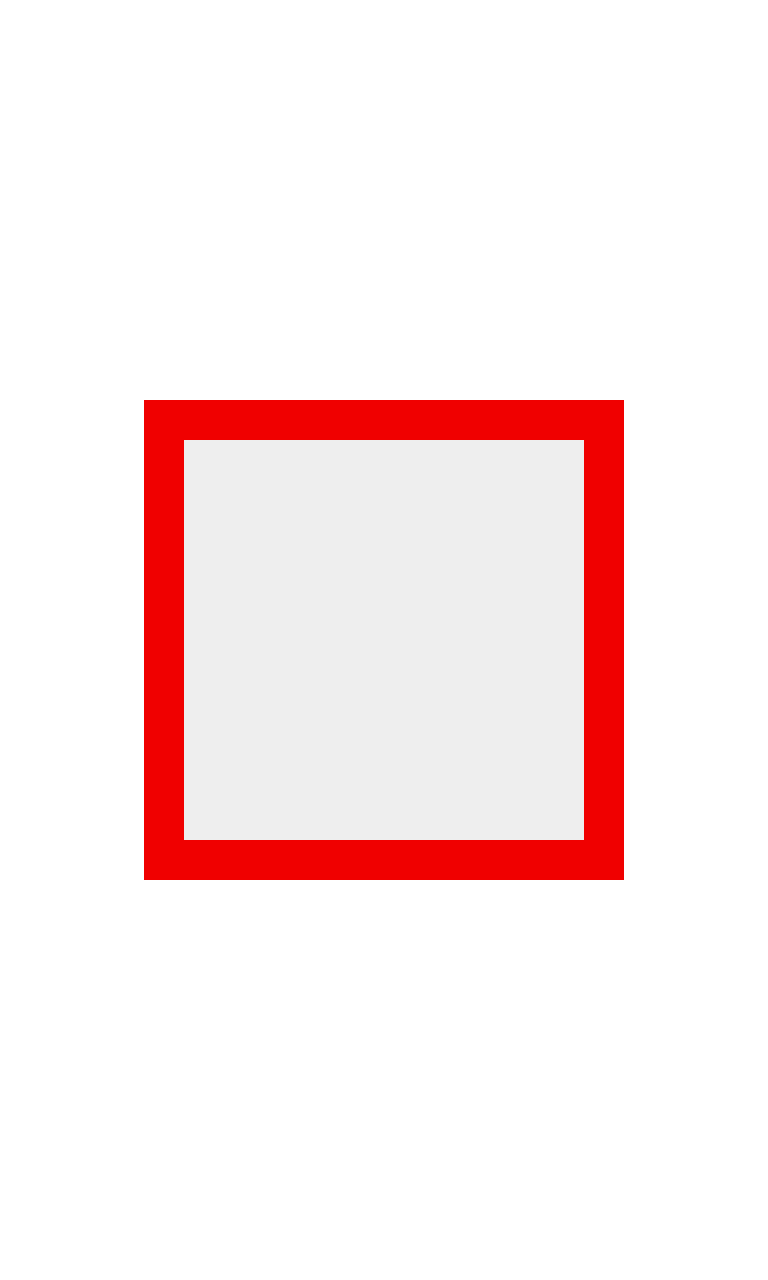
Repository: qwer2714856/Android_learn
Layout: frameLayout/res/layout/activity_main.xml
The author's editor kept a copy of each file at every save. The layout is drawn from the files as they stood at one save, then again after the next save.
It is drawn on a 768 x 1280 px phone screen (xhdpi) without system bars, with theme AppTheme; the app's code is not run.

Above is the layout before, as saved 2015-09-30 06:11:42.

### frameLayout/res/layout/activity_main.xml
<FrameLayout xmlns:android="http://schemas.android.com/apk/res/android"
    xmlns:tools="http://schemas.android.com/tools"
    android:layout_width="match_parent"
    android:layout_height="match_parent"
    tools:context="com.theadventus.framelayout.MainActivity" >

    <TextView
        android:layout_width="240dp"
        android:layout_height="240dp"
        android:background="#f00000"
        android:layout_gravity="center"
        />
    <TextView
        android:layout_width="200dp"
        android:layout_height="200dp"
        android:background="#cccccc"
        android:layout_gravity="center"
        />
    <TextView
        android:layout_width="200dp"
        android:layout_height="200dp"
        android:background="#eeeeee"
        android:layout_gravity="center"
        />

</FrameLayout>

Loaded but not shown: frameLayout/res/values/styles.xml (common file); frameLayout/res/values-v11/styles.xml (common file); frameLayout/res/values-v14/styles.xml (common file)

After the next save:
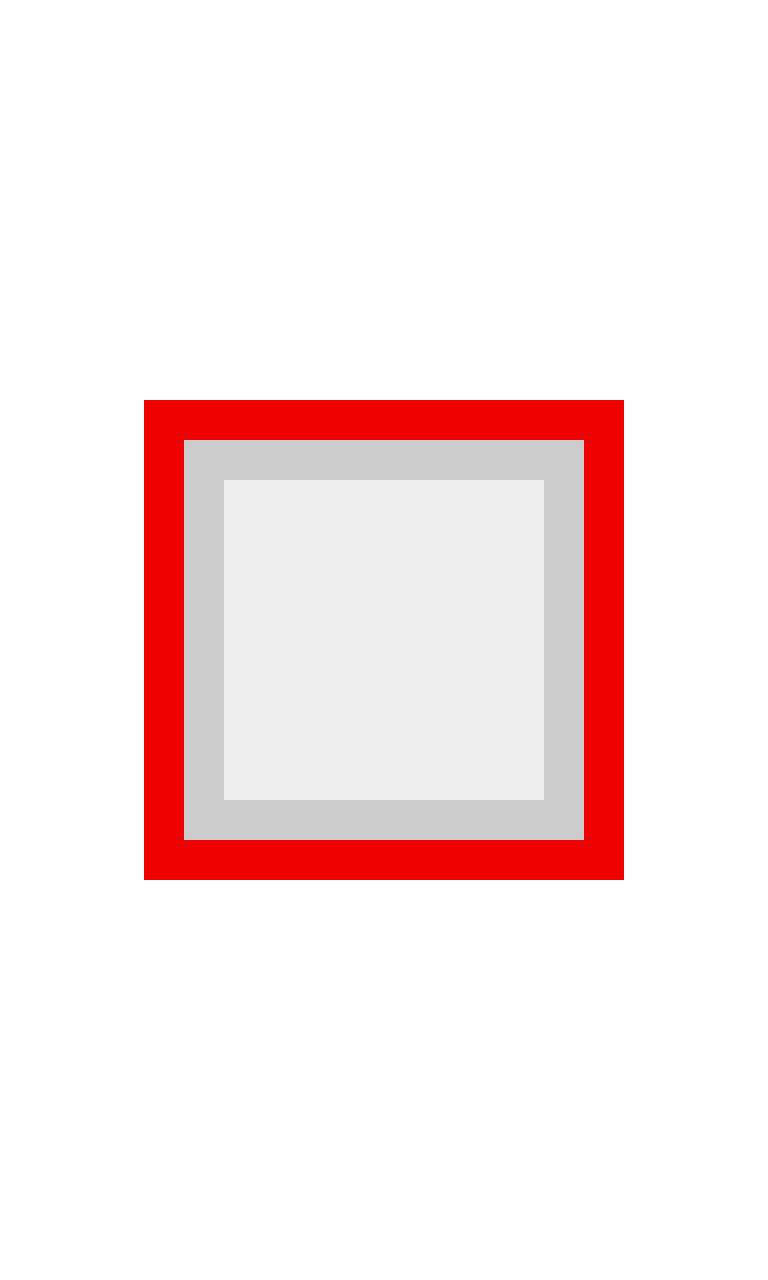
Saved 7 s later.
--- a/frameLayout/res/layout/activity_main.xml
+++ b/frameLayout/res/layout/activity_main.xml
@@ -17,8 +17,8 @@
         android:layout_gravity="center"
         />
     <TextView
-        android:layout_width="200dp"
-        android:layout_height="200dp"
+        android:layout_width="160dp"
+        android:layout_height="160dp"
         android:background="#eeeeee"
         android:layout_gravity="center"
         />
